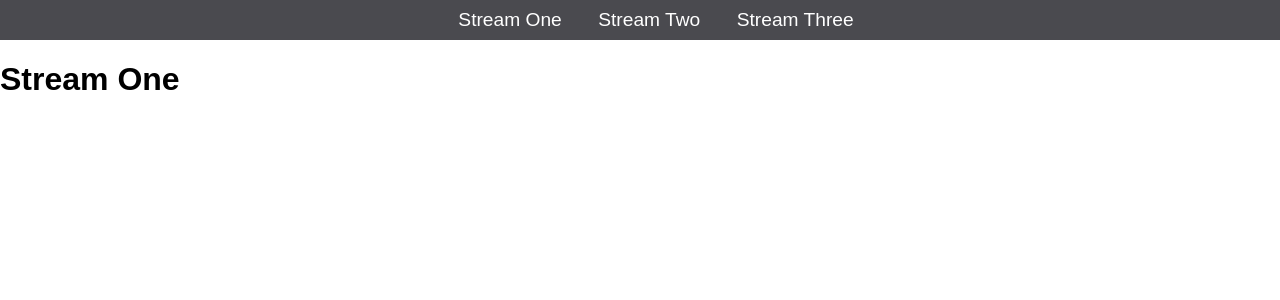
Repository: jessezauka/My-Second-Page
Page: stream-one.html
The author's editor kept a record of every edit. The page is drawn from the files as they stood at one moment, then again after the next edit.
The browser window is 1280 px wide. The pictures show the whole page.

Above is the page before.

### stream-one.html
<html>
    <head>
        <title>Hello World</title>
        <link href="css/style.css" rel="stylesheet" type="text/css">
    </head>
    <body>
        <nav>
            <ul>
                <li><a href="stream-one.html">Stream One</a></li>
                <li><a href="stream-two.html">Stream Two</a></li>
                <li><a href="stream-three.html">Stream Three</a></li>
            </ul>
        </nav>
        <h1>Stream One</h1>
        <div class="card">
            <a href="https://en.wikipedia.org/wiki/HTML5">

            <h2></h2>
            </a>
        </div>
    </body>
</html>

### css/style.css
body {
    margin: 0;
    padding: 0;
    font-family: 'Oswald', sans-serif;
}
    nav ul {
        list-style: none;
        background-color: #4a4a4f;
        text-align: center;
        margin: 0;
        padding: 0;
}

nav li {
    font-size: 1.2em;
    line-height: 40px;
    height: 40px;
    margin-left: 2.5%;
    display: inline-block;
}

nav a {
    text-decoration: none;
    color: #ffffff;
    display: block;
}

nav a:hover {
    background-color: #ffffff;
    color: #4a4a4f;
}

.card {
    float: left;
    width: 20%;
    margin-left: 10%;
}

.card a {
    text-align: center;
}

After the next edit:
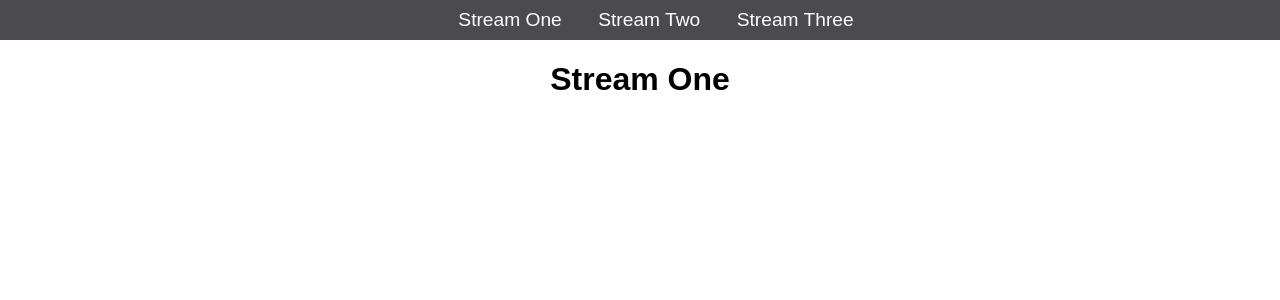
The edit:
--- a/css/style.css
+++ b/css/style.css
@@ -39,3 +39,11 @@ nav a:hover {
 .card a {
     text-align: center;
 }
+
+img {
+    width: 100%;
+}
+
+h1 {
+    text-align: center;
+}
